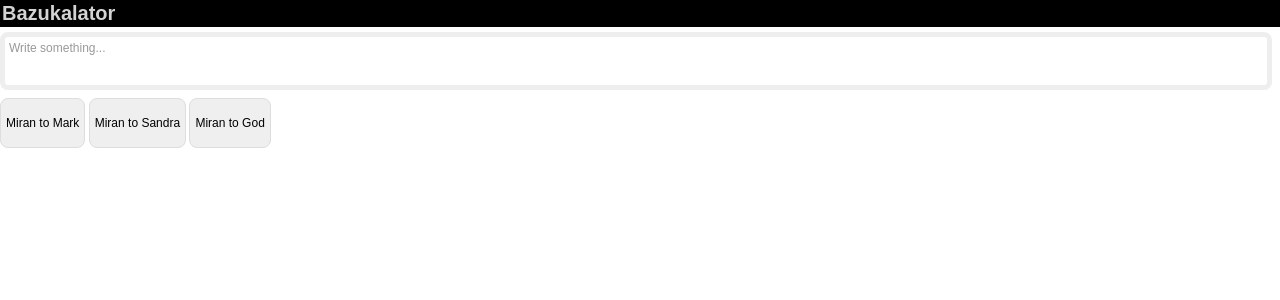
Repository: mbadzak/bazukalator
Page: Bazukalator/assets/www/index.html
These files come from the project's save history. The page is drawn as it stood at one moment and after the next save; the edit follows.
The browser window is 1280 px wide. The pictures show the whole page.

Above is the page before, as saved 2012-10-14 06:04:35.

After the next save:
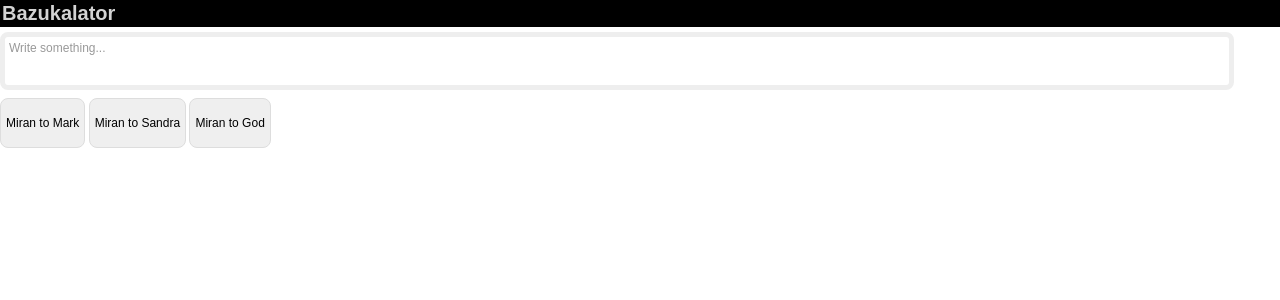
Saved 7 s later.
--- a/Bazukalator/assets/www/index.html
+++ b/Bazukalator/assets/www/index.html
@@ -45,7 +45,7 @@ body {
               id="msg"
               onFocus="utl_clear_text_field(this, 'Write something...');"
               class="generic_box"
-              style="width: 98%; height: 40px; border: 5px solid #eeeeee; z-index: 1;"
+              style="width: 95%; height: 40px; border: 5px solid #eeeeee; z-index: 1;"
               autocomplete="off">Write something...</textarea>
   </div>
   <div style="margin-top: 5px;">
